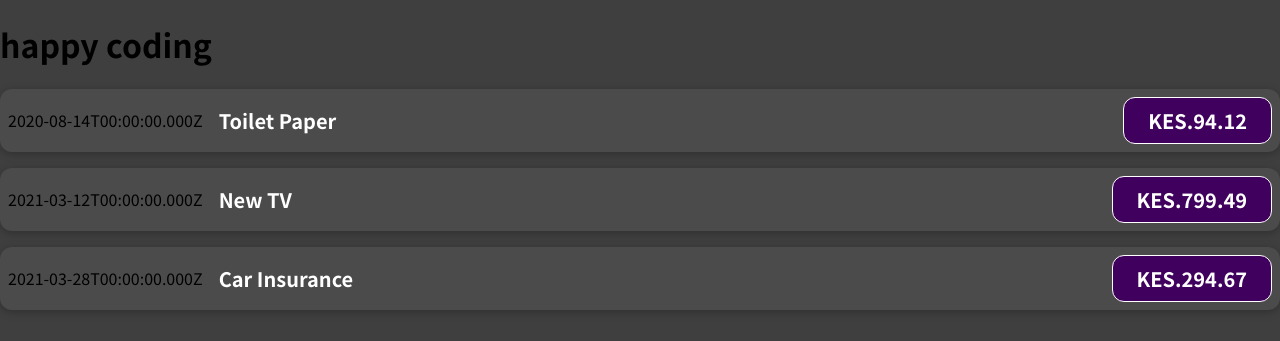
Repository: Samkiroko/expense-tracker-react
Page: /
These files come from the project's save history. The page is drawn as it stood at one moment and after the next save; the edit follows.
The browser window is 1280 px wide. The pictures show the whole page.
The project was rebuilt for these pictures with package versions that can differ from the ones it lists, and the page was loaded fresh each time.

Above is the page before, as saved 2021-06-08 11:31:11.

After the next save:
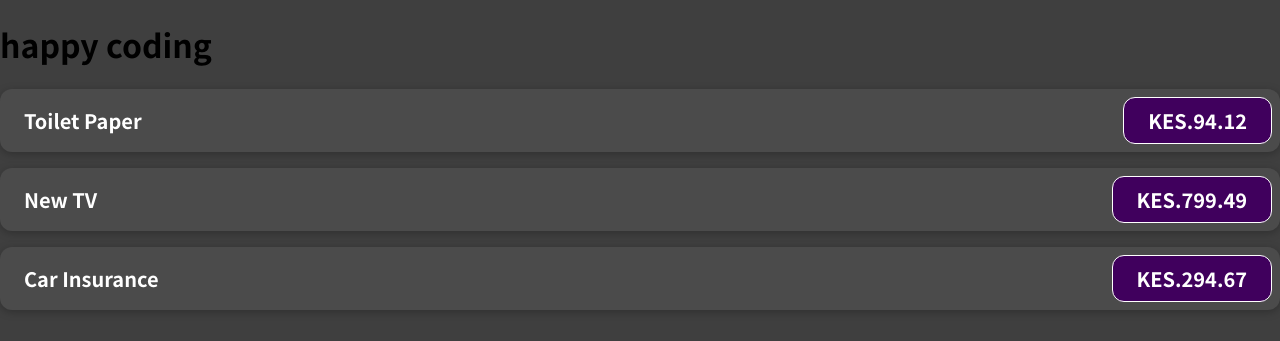
Saved 3 min 56 s later.
--- a/src/components/ExpenseItem.js
+++ b/src/components/ExpenseItem.js
@@ -4,7 +4,9 @@ import './ExpenseItem.css'
 function ExpenseItem(props) {
   return (
     <div className='expense-item'>
-      <div>{props.date.toISOString()}</div>
+      <div>
+        <div></div>
+      </div>
       <div className='expense-item__description'>
         <h2>{props.title}</h2>
         <div className='expense-item__price'>KES.{props.amount}</div>
